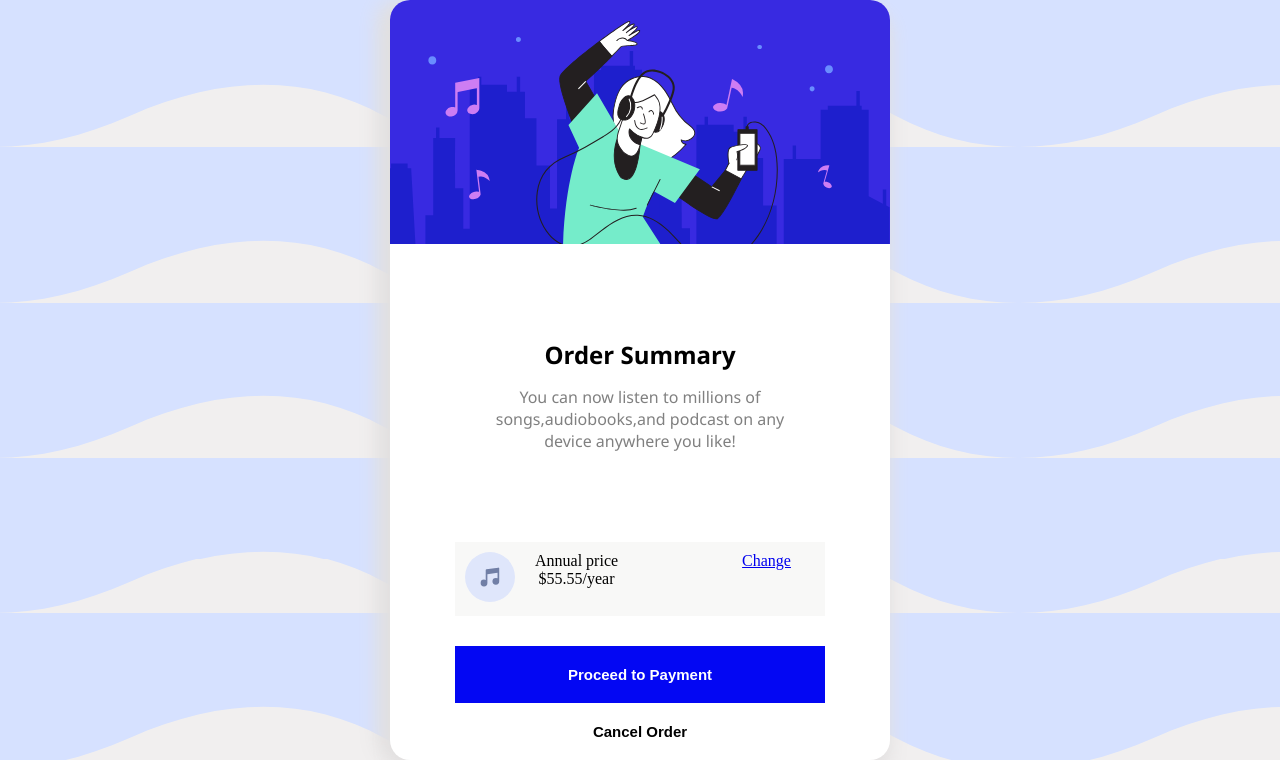
Repository: Eugene44-hub/newbie-project
Page: index.html
The author's editor kept a copy of each file at every save. The page is drawn from the files as they stood at one save, then again after a run of saves.
The browser window is 1280 px wide. The pictures show the whole page.

Above is the page before, as saved 2021-08-29 09:50:38.

After the next 3 saves:
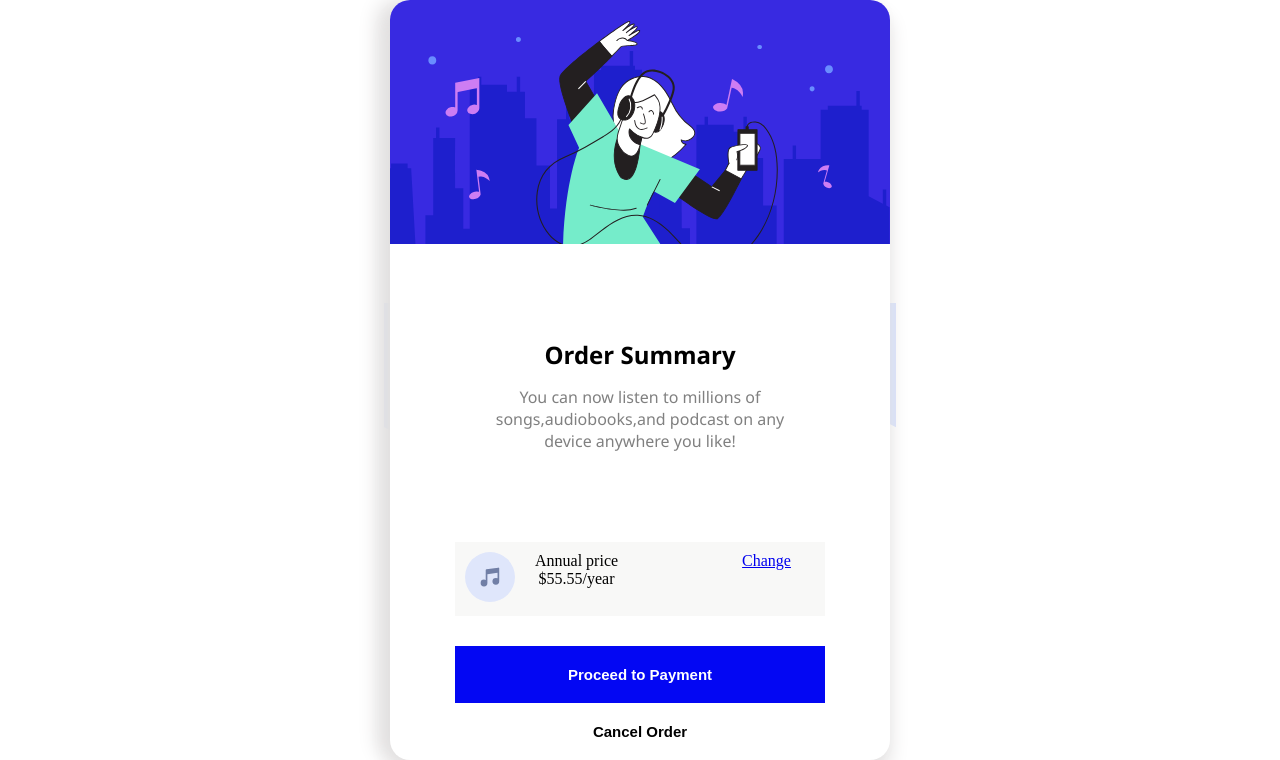
The 3 saves are shown as one change because they came seconds apart.
The last was saved 13 s later.
--- a/style.css
+++ b/style.css
@@ -7,7 +7,7 @@
     background-image: url('pattern-background-desktop.svg');
     background-position: center;
     background-size: 40%;
-    background-color: rgb(241, 239, 239);
+    background-repeat: no-repeat;
     width: 100%;
     position: relative;
 }
